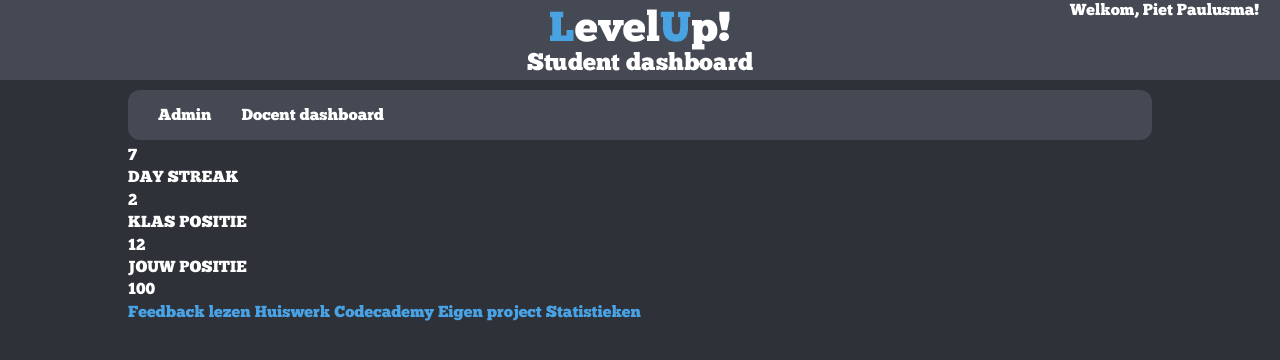
Repository: boblanckenburg/levelup
Page: website/src/index.html
The author's editor kept a copy of each file at every save. The page is drawn from the files as they stood at one save, then again after the next save.
The browser window is 1280 px wide. The pictures show the whole page.

Above is the page before, as saved 2014-10-07 14:42:09.

After the next save:
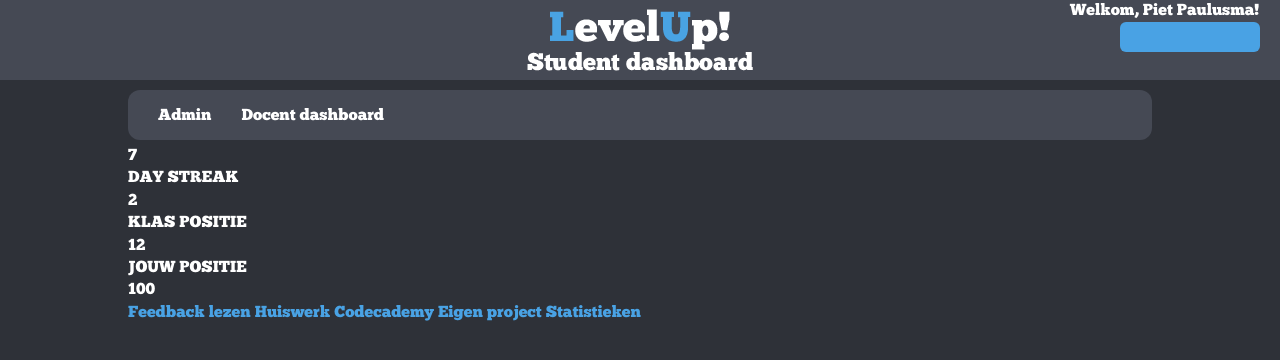
Saved 46 s later.
--- a/website/src/index.html
+++ b/website/src/index.html
@@ -20,8 +20,10 @@
 
 		<div class="dashboard">
 			<section class="header">
-				<div id="welcome">Welkom, Piet Paulusma!</div>
-				<a id="logbutton"></a>
+				<div id="welcome">
+					Welkom, Piet Paulusma!
+					<a id="logbutton"></a>
+				</div>
 			</section>
 			<section class="menu">
 				<a>Admin</a>
